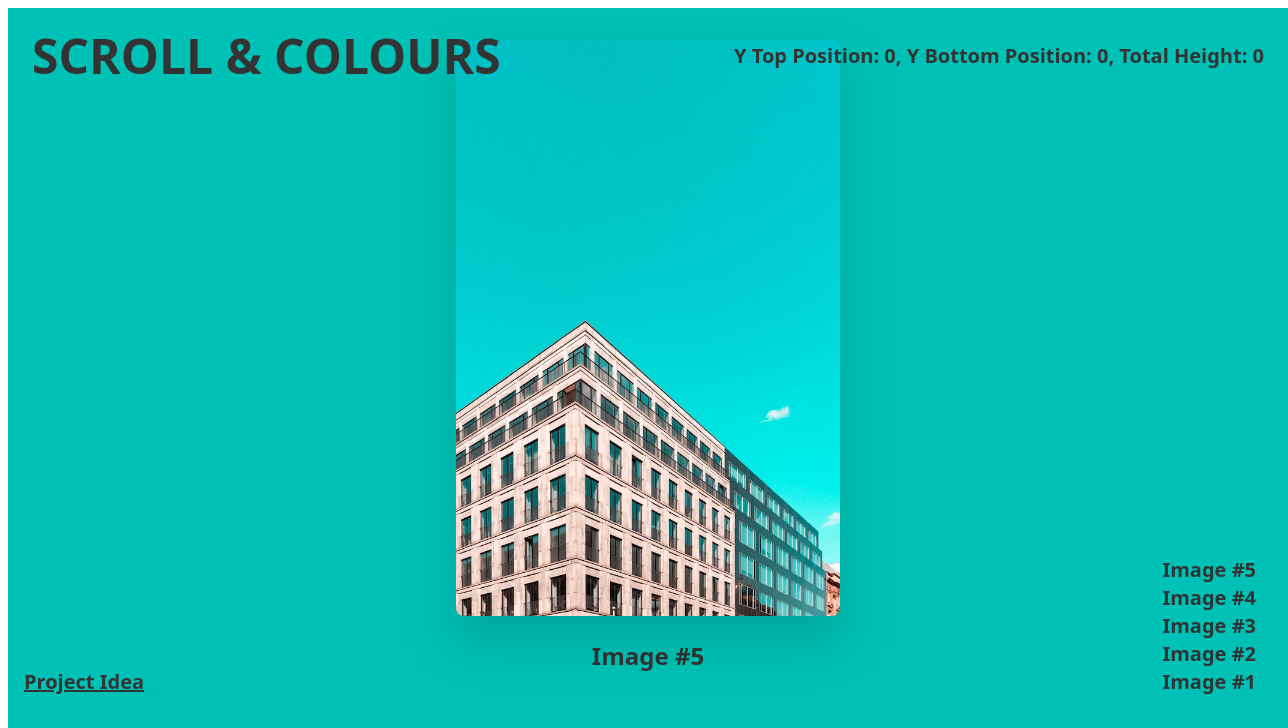
Repository: chelle-c/smooth-scroll-colours
Page: /
An editor plug-in stored every save of this project. The page is shown before and after the next save, followed by the edit.
The browser window is 1280 px wide. The page is 1288 px wide, so the pictures cover 1288 px, including what lies to the right of the window. The pictures show the whole page.
An inner scrolling area shows only its first screen. The project was rebuilt for these pictures with package versions that can differ from the ones it lists, and the page was loaded fresh each time. Imported but missing from the stored project, and not drawn on this page: images.

Above is the page before, as saved 2022-09-30 20:44:31.

### src/App.svelte
<script>
	import '/images/';
	import { fade } from 'svelte/transition';

	let sections = [
		{ id: 1, image: 'red', alt: '', colour: '#00c1b5' },
		{ id: 2, image: 'blue', alt: '', colour: '#ff651a' },
		{ id: 3, image: 'yellow', alt: '', colour: '#ffbe00' },
		{ id: 4, image: 'orange', alt: '', colour: '#1d3fbb' },
		{ id: 5, image: 'turquoise', alt: '', colour: '#e30512' },
	];

	let box;
	let yTop = 0;
	let yBottom = 0;
	let yHeight = 0;
	let innerHeight;
	let lastScroll = 0;
	let isScrolling = false;

	const colours = sections.map(section => section.colour);
	let initialBG = '#00c1b5';

	let setColour = () => {
		isScrolling = true;
		let colour;
		for (let index = 0; index < sections.length; index++) {
			if (yTop >= 0 && yTop > lastScroll) {
				if (lastScroll <= innerHeight * index) {
					isScrolling = true;
					colour = colours[index];
					break;
				}
			} else if (yTop < lastScroll) {
				if (lastScroll < innerHeight * (index + 1)) {
					colour = colours[index];
					break;
				}
			}
		}

		initialBG = colour;
		setInterval(() => {
			document.getElementById('background').style.backgroundColor =
				initialBG;
		}, 150);
		lastScroll = yTop;
		isScrolling = false;
	};

	let parseScroll = () => {
		yTop = box.scrollTop;
		yBottom = yTop + innerHeight;
		yHeight = box.scrollHeight;
		setColour();
	};
</script>

<svelte:window bind:innerHeight />

<div
	id="background"
	class="bgDisplay min-w-full min-h-screen z-0 absolute"
	style="transition: background-color 1.5s;"
/>

<main
	class="scrollsnap-container min-w-full min-h-screen flex flex-col scroll-smooth"
	bind:this={box}
	on:scroll={!isScrolling ? parseScroll : null}
	on:mousemove={!isScrolling ? parseScroll : null}
>
	<div
		class="min-w-full p-6 flex flex-row justify-between items-center z-10 absolute"
	>
		<div>
			<h1 class="font-sans font-bold text-5xl uppercase">
				Scroll & Colours
			</h1>
		</div>
		<div class="font-sans font-bold text-xl">
			Y Top Position: {yTop}, Y Bottom Position: {yBottom}, Total Height: {yHeight}
		</div>
	</div>

	{#each [...sections].reverse() as { id, image, alt }}
		<section
			id="section{id}"
			class="flex flex-col justify-center items-center min-w-full min-h-screen justify-center items-center transition-colors snap-always snap-center"
		>
			<div in:fade class="drop-shadow-2xl">
				<img
					class="w-96 rounded-lg"
					src="/images/image-{image}.jpg"
					{alt}
				/>
			</div>
			<h3 class="font-sans font-bold text-2xl p-6">Image #{id}</h3>
		</section>
	{/each}

	<div
		class="min-w-full p-6 flex flex-row justify-between items-end z-100 absolute bottom-0 left-0 pointer-events-none"
	>
		<div
			class="font-sans font-semibold text-xl underline pointer-events-auto hover:font-bold"
		>
			<a href="https://www.frontendpractice.com/projects/backstage-talks"
				>Project Idea</a
			>
		</div>
		<div class="font-sans font-semibold text-xl pointer-events-auto">
			<ul class="min-w-fit">
				<li>
					<a href="#section5" class="hover:font-bold">Image #5</a>
				</li>
				<li>
					<a href="#section4" class="hover:font-bold">Image #4</a>
				</li>
				<li>
					<a href="#section3" class="hover:font-bold">Image #3</a>
				</li>
				<li>
					<a href="#section2" class="hover:font-bold">Image #2</a>
				</li>
				<li>
					<a href="#section1" class="hover:font-bold">Image #1</a>
				</li>
			</ul>
		</div>
	</div>
</main>

<style global lang="postcss">
	@tailwind base;
	@tailwind components;
	@tailwind utilities;

	:global(body) {
		margin: 0;
		padding: 0;
	}

	a,
	a:visited {
		color: inherit;
	}

	section {
		display: flex;
		justify-content: center;
		align-items: center;
		width: 100vw;
		height: 100vh;
		scroll-snap-align: start;
		position: relative;
		background: inherit;
		transition: background-color 1s linear;
	}

	.bgDisplay {
		background-color: #00c1b5;
	}

	.scrollsnap-container {
		display: flex;
		flex-direction: column;
		width: 100vw;
		height: 100%;
		margin: 0;
		padding: 0;
		overflow-x: hidden;
		overflow-y: scroll;
		scroll-snap-type: y mandatory;
		scroll-snap-type: mandatory; /* for older browsers */
		scroll-snap-points-y: repeat(100vh); /* for older browsers */
		scrollbar-width: none;
		background: transparent;
	}
</style>

### tailwind.config.js
/** @type {import('tailwindcss').Config} */
const production = process.env.NODE_ENV !== 'development'
module.exports = {
	future: {
		purgeLayersByDefault: true,
		removeDeprecatedGapUtilities: true,
	},
	purge: {
		content: ['./src/**/*.svelte'],
		enabled: production, // disable purge in dev
	},
	content: [],
	theme: {
		extend: {},
	},
	plugins: [],
};

### public/global.css
html, body {
	position: relative;
	width: 100%;
	height: 100%;
}

body {
	color: #333;
	margin: 0;
	padding: 8px;
	box-sizing: border-box;
	font-family: -apple-system, BlinkMacSystemFont, "Segoe UI", Roboto, Oxygen-Sans, Ubuntu, Cantarell, "Helvetica Neue", sans-serif;
}

a {
	color: rgb(0,100,200);
	text-decoration: none;
}

a:hover {
	text-decoration: underline;
}

a:visited {
	color: rgb(0,80,160);
}

label {
	display: block;
}

input, button, select, textarea {
	font-family: inherit;
	font-size: inherit;
	-webkit-padding: 0.4em 0;
	padding: 0.4em;
	margin: 0 0 0.5em 0;
	box-sizing: border-box;
	border: 1px solid #ccc;
	border-radius: 2px;
}

input:disabled {
	color: #ccc;
}

button {
	color: #333;
	background-color: #f4f4f4;
	outline: none;
}

button:disabled {
	color: #999;
}

button:not(:disabled):active {
	background-color: #ddd;
}

button:focus {
	border-color: #666;
}

Loaded but not shown: public/index.html (common file); src/main.js (common file)

After the next save:
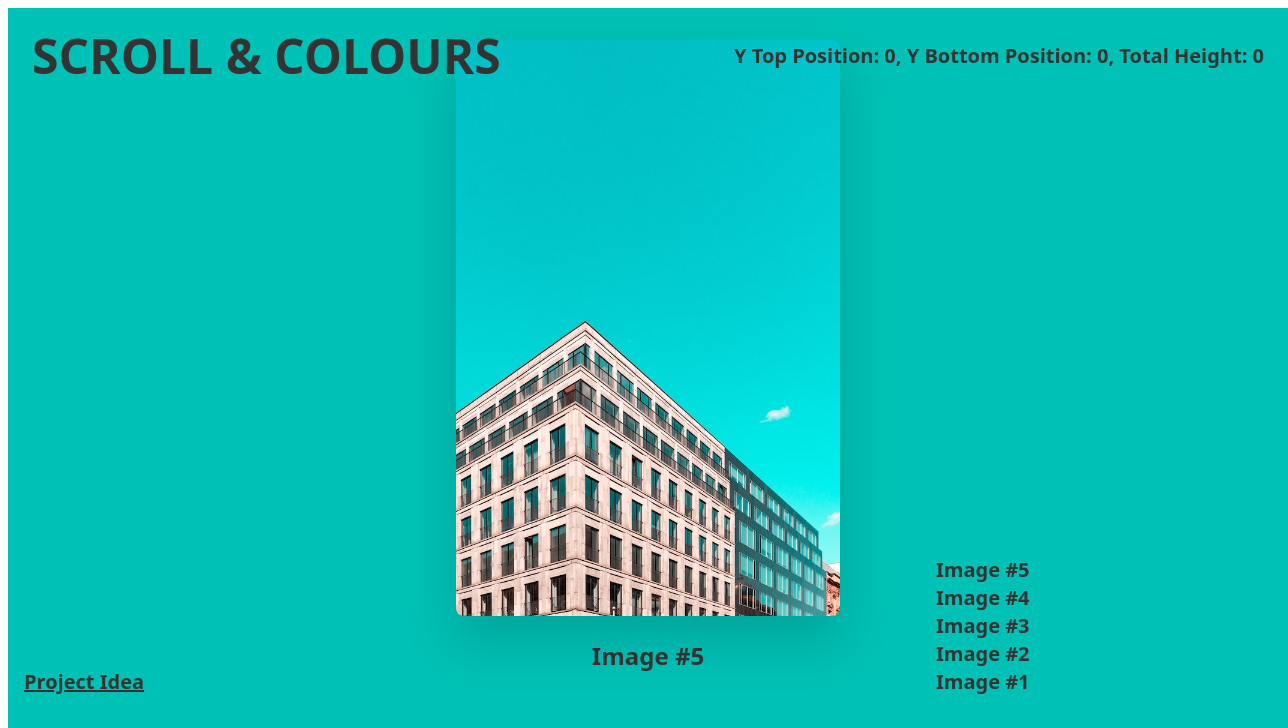
Saved 52 s later.
--- a/src/App.svelte
+++ b/src/App.svelte
@@ -110,7 +110,7 @@
 			>
 		</div>
 		<div class="font-sans font-semibold text-xl pointer-events-auto">
-			<ul class="min-w-fit">
+			<ul class="w-80">
 				<li>
 					<a href="#section5" class="hover:font-bold">Image #5</a>
 				</li>
